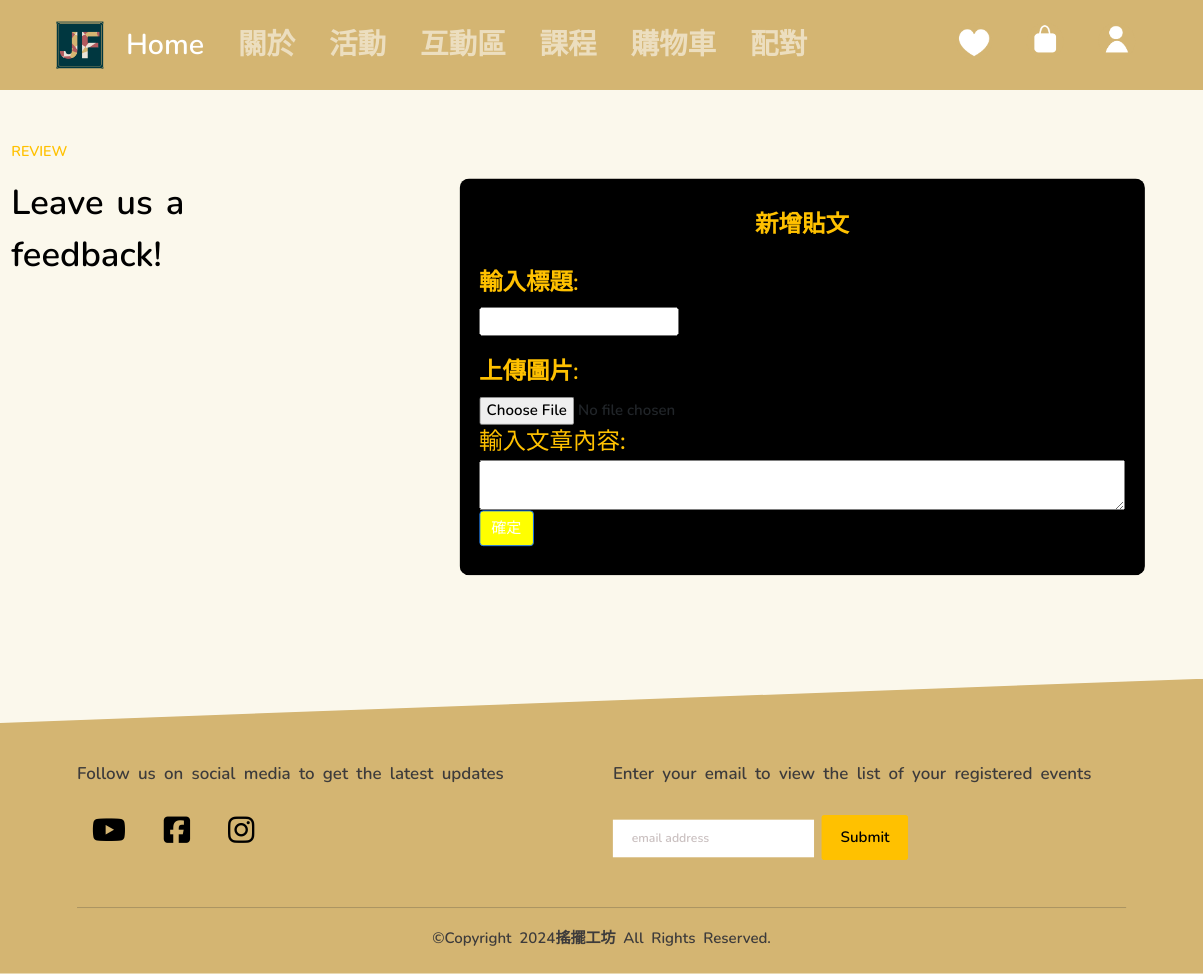
Repository: mmmooonnn0211/project
Page: workspace/demoSpringBoot-1/src/main/resources/static/html/LTInsertFront.html
An editor plug-in stored every save of this project. The page is shown before and after the next save, followed by the edit.
The browser window is 1280 px wide. The pictures show the whole page, at 94% of full size.
Some web libraries are served in a nearby version.

Above is the page before, as saved 2024-05-08 19:23:36.
Console error: SyntaxError: Unexpected identifier 'tsByName'

### workspace/demoSpringBoot-1/src/main/resources/static/html/LTInsertFront.html
<!DOCTYPE html>
<html lang="en">

<head>
	<meta charset="UTF-8">
	<meta name="viewport" content="width=device-width, initial-scale=1.0">
	<style>
		.main {
			min-height: 55vh;
			/* 让 .slant 至少占据整个视口高度 */

		}
	</style>
	<!-- Bootstrap CSS -->
	<link href="https://cdn.jsdelivr.net/npm/bootstrap@5.0.0-beta3/dist/css/bootstrap.min.css" rel="stylesheet"
		integrity="sha384-eOJMYsd53ii+scO/bJGFsiCZc+5NDVN2yr8+0RDqr0Ql0h+rP48ckxlpbzKgwra6" crossorigin="anonymous">
	<script src="https://kit.fontawesome.com/4287c80df9.js" crossorigin="anonymous"></script>

	<!--Google Font : Nunito-->
	<link rel="preconnect" href="https://fonts.gstatic.com">
	<link href="https://fonts.googleapis.com/css2?family=Nunito:wght@600&display=swap" rel="stylesheet">

	<!-- For style(All CSS content) -->
	<link rel="stylesheet" type="text/css" href="../styles/home.css" />
	<link rel="stylesheet" type="text/css" href="../styles/footer.css" />
	<link rel="stylesheet" type="text/css" href="../styles/navbar.css" />
	<link rel="icon" href="images/favicon.ico">

	<!-- JS Bundle for BS  -->
	<script src="https://cdn.jsdelivr.net/npm/popper.js@1.16.1/dist/umd/popper.min.js"
		integrity="sha384-9/reFTGAW83EW2RDu2S0VKaIzap3H66lZH81PoYlFhbGU+6BZp6G7niu735Sk7lN" crossorigin="anonymous">
		</script>
	<title>範本</title>
</head>


<body>



	</div>
	<!-- <section> -->
	<div class="main">
		<form method="post" action=" /LTinsertFront.controller" enctype="multipart/form-data"
			onsubmit="return validateForm();">
			<div class="container-fluid" style="margin-top: 150px;">
				<div class="row" style="margin-bottom: 100px; margin-top: 100px;">
					<div class="col-md-4" style="text-align: left;">
						<p class="review">REVIEW</p>
						<p class="feedback">Leave us a <br>feedback!</p>
					</div>
					<div class="col-sm-8">
						<div class="container" id="cards">
							<div class="card" style="margin: auto;">
								<div id="sugg" class="neon-yellow"
									style="font-weight: bold; font-size: 25px; text-align: center;">新增貼文
								</div>
								<br>
								<div id="text" class="neon-yellow" style=" font-size: 25px;">輸入標題:
								</div>
								<div style="height:50px; ">
									<input id="title" name="title" style="width: auto;" ; />
								</div>
								<div id="text" class="neon-yellow" style="font-weight: bold; font-size: 25px;">上傳圖片:
								</div>
								<input type="file" id="picture" name="picture" />

								<div id="picture" class="neon-yellow" style="font-size:25px; ">
									輸入文章內容:
								</div>
								<textarea id="content" name="content"></textarea>

								<div>
									<button type="submit" class="btn btn-primary"
										style="background-color:yellow">確定</button>
								</div>
							</div>
						</div>
					</div>
				</div>
			</div>
		</form>
		<div class="container text-center">

		</div>
	</div>



	<div align="center"></div>
	<div class="container">
	</div>
	<script>
		function validateForm() {
			var replypostInput = document.getElementsByName('replypost')[0].value.trim();
			var userIdInput = document.getElemen tsByName('userId')[0].value.trim();
			var LTIdInput = document.getElementsByName('LTId')[0].value.trim();

			if (replypostInput === '' || userIdInput === '' || LTIdInput === '') {
				Swal.fire({
					icon: 'warning',
					title: '請輸入完整資訊😒',
					showConfirmButton: false,
					timer: 1500
				});
				return false;
			}
			return true;
		}
	</script>

	<script>

		fetch('basic.html')
			.then(response => response.text())
			.then(html => {
				document.body.innerHTML += html;
			});

	</script>
	<script type="text/javascript" charset="utf8"
		src="https://cdn.datatables.net/1.11.5/js/jquery.dataTables.js"></script>
	<script src="https://cdn.jsdelivr.net/npm/bootstrap@5.0.0-beta3/dist/js/bootstrap.bundle.min.js"
		integrity="sha384-JEW9xMcG8R+pH31jmWH6WWP0WintQrMb4s7ZOdauHnUtxwoG2vI5DkLtS3qm9Ekf" crossorigin="anonymous">
		</script>

</body>

</html>

### workspace/demoSpringBoot-1/src/main/resources/static/styles/home.css
/* hiding vertical scroll bar from every page */
::-webkit-scrollbar {
  width: 0 !important
}




body {
  font-family: 'Nunito', sans-serif;
  background-color: #FBF8EC;
  word-spacing: 0.25rem;
}

::selection {
  color: black;
  background: #ffc100;
}

::placeholder {
  color: rgb(202, 192, 192);
}

.neon-yellow {
  color: #ffc100;
}

.working-heading {
  font-size: 2.3rem;
  font-weight: bold;
  color: black;
}


.date-style {
  font-weight: 850;
  padding: 0 0 0.3rem 0;
}

.sub-heading {
  font-size: 1.5rem;
  font-weight: 1000;
  padding: 0 0 0.3rem 0;
}

.small-subtext {
  color: black;
  font-weight: 700;
  font-size: 1rem;
}

.process-heading {
  font-weight: 1000;
  font-size: 0.95rem;
}

.eng,
.feedback,
.some {
  font-size: 2.3rem;
  font-weight: 1000;
  color: black;
}

.center-line {
  border-left: 0.58rem solid #ffc100;
  height: 110%;
  position: absolute;
  top: 0%;
  left: 0%;
}

.padding-for-mobile {
  padding: 0 1rem 2rem 4rem;
  text-align: left;
  /*background-color:  white;*/
}

.stickyy-corner {
  position: -webkit-sticky;
  position: sticky;
  top: 0;
}

.timeline-left-style {
  color: black;
  text-align: right;
  padding: 0 4rem 0 5.2rem;
}

.timeline-right-style {
  color: black;
  text-align: left;
  position: relative;
  padding: 0 5.2rem 0 4rem;
  overflow-y: hidden;
}

.d-block {
  margin-top: 2%;
  border-radius: 7px;
  border: 3px solid rgb(245, 241, 241);
  width: 100%;
}

.chess,
.review,
.event {
  color: #ffc100;
  font-weight: 850;
  font-size: 0.95rem;
}


#text {
  font-weight: 850;
  font-size: 0.75rem;
  margin-bottom: 7px;
}

#sugg {
  font-size: 1.5rem;
  font-weight: 1000;
}

#btn {
  background-color: #ffc100;
  color: rgb(0, 0, 0);
  padding: 10px 20px;
  text-align: center;
  border: none;
  border-radius: 3px;
  display: block;
  margin: auto;
  margin-top: 15px;
  font-weight: bold;
}


#box,
#msg {
  background-color: #DDDDDD;
  border-radius: 3.5px;
  border: none;
  margin-bottom: 12px;
  width: 100%;
}

#msg {
  height: 120px;
}

#box {
  height: 35px;
}

#spon {
  color: black;
  margin-top: 60px;
  display: flex;
  justify-content: space-evenly;
  align-items: center;
  font-weight: bold;
  margin-bottom: 20px;
}

.image {
  height: 100px;
}

.image3 {
  height: 250px;
  overflow-y: hidden;
}

.pic1,
.pic2 {
  font-weight: bold;
  font-size: medium;
}

.pic1 {
  margin-top: 20px;
}

.column {
  display: flex;
  flex-direction: column;
  justify-content: space-evenly;
  align-items: center;
}

.columns {
  display: flex;
  flex-direction: column;
  justify-content: center;
  align-items: flex-start;
}

.pic2 {
  color: gray;
  font-size: small;
}

.event,
.some,
.last,
.pic,
.pic1,
.pic2 {
  display: flex;
  justify-content: space-evenly;
  align-items: center;
}

.subhead {
  color: black;
  font-size: 3rem;
  overflow-y: hidden;
}

.active {
  color: #ffc100;
}

.active:hover {
  color: #ffc100;
}

p {
  color: black;
}

.title-img {
  width: 25%;
  margin-left: 8%;
  transform: rotate(10deg);
}

.hover {
  color: #ffc100;
}

.title-img3 {
  width: 25%;
  transform: rotate(-10deg);
}

.title-img2 {
  width: 35%;
  padding-right: 5%;
  padding-left: 5%;


}

.carousel-img-styles {
  border: 0.13rem solid black;
  border-radius: 1rem;
}

h1 {
  font-size: 5rem;
  line-height: 1.5;
  font-weight: 900;
}

#title {
  margin-bottom: 11rem;
}

.col-lg-3 {
  padding-left: 3rem;
}

.ex-btn {
  margin-top: 2.5rem;
  margin-bottom: 30px;
}

.carousel-container {
  width: 55%;
}

#cards {
  padding: 10px 50px;
}

.card {
  background-color: black;
  border-radius: 10px;
  /* display: block;
    margin: auto;
    font: 16px;
    width:55%; */
  padding: 30px 20px;

}

@media only screen and (max-width: 767px) {
  .small-subtext {
    font-size: 0.8rem;
  }

  .padding-for-mobile {
    padding: 0 0 4rem 2rem;
  }

  /*
  .sticky-corner {
    position: static;
  }
  */
  #cards {
    padding: 0px 20px;
  }


  .sub-heading {
    font-size: 1.3rem;
  }

  .process-heading {
    font-size: 0.85rem;
  }

  .working-heading {
    font-size: 1.5rem;
  }

  .timeline-left-style {
    padding: 0 2.5rem 0 3rem;
  }

  .timeline-right-style {
    padding: 0 3rem 0 2.5rem;
  }

  #spon {
    font-size: 1.5rem;
  }

  .some,
  .eng,
  .feedback {
    font-size: 1.5rem;
  }

  .card {
    width: 100%;
  }

  .pic {
    flex-direction: column;
  }

  .carousel-container {
    width: 85%;
  }
}

@media only screen and (max-width: 575px) {

  .title-img,
  .title-img3 {
    display: none;
  }

  .title-img2 {
    display: block;
    margin: auto;
    width: 100%;
    padding: 50px;
  }
}

@media only screen and (max-width: 375px) {


  .date-style {
    font-size: 0.8rem;
  }

  .sub-heading {
    font-size: 0.9rem;
  }

  .small-subtext {
    font-size: 0.7rem;
  }

  .timeline-left-style {
    padding: 0 1.6rem 0 2rem;
  }

  .timeline-right-style {
    padding: 0 2rem 0 2rem;
  }
}

### workspace/demoSpringBoot-1/src/main/resources/static/styles/footer.css
/*
hiding vertical scroll bar from every page
*/
::-webkit-scrollbar {
    width: 0 !important
}




.slant {
    /* width: 110%;
    background-color: #DDDDDD;
    transform: rotate(-3deg);
    height: 100px; */
    clip-path: polygon(0 15%, 100% 0, 100% 100%, 0 100%);
  }

  .container{
    margin-top: 30px;
  }

  .left, .right {
    font-size: large;
    font-weight: bold;
    margin-top: 50px;
    color: rgb(61, 59, 59);
    margin-bottom: 30px;
  }

  .below {
    background-color:#D4B572;
    position: relative;
    padding-top: 8px;
    padding-bottom: 6px;
    width: 100%;
    height: 100%;
  }

  #mail {
    border: none;
    height: 30px;
    padding: 20px;
    font-size: small;
    font-weight: bold;
  }

  #bttn {
    background-color: #ffc100;
    color: black;
    padding: 12px 20px;
    text-align: center;
    border: none;
    border-radius: 3px;
    font-weight: bold;
  }


  .fa-youtube:hover{
    color: rgb(230, 59, 59);
    transition: 0.5s;
  }

  .fa-twitter:hover, .fa-facebook-square:hover{
    color: rgba(18, 212, 212, 0.596);
    transition: 0.5s;
  }

  .fa-instagram:hover{
    color: rgb(218, 30, 61);
    transition: 0.5s;
  }

  .fa-github{
    color: rgb(43, 36, 36);
    transition: 0.5s;
  }

  .fab {
    padding: 0 1rem 0 1rem;
    font-size: 2rem;
    color: black;
  }

  .last {
    font-weight: 900;
    color: rgb(61, 59, 59);
    margin: 20px;
    display: flex;
  justify-content: space-evenly;
  align-items: center;
  }

  @media only screen and (max-width: 767px) {
    .slant{
      clip-path: polygon(0 5%, 100% 0, 100% 100%, 0 100%);
    }
  }

  @media only screen and (max-width: 375px) {
    .slant{
      clip-path: polygon(0 5%, 100% 0, 100% 100%, 0 100%);
    }
  }

### workspace/demoSpringBoot-1/src/main/resources/static/styles/navbar.css
/* 鼠標移動導覽列*/
.nav-item :hover {
  color: rgb(255, 128, 128);
  cursor: pointer;
  background-color: #B15A5E;
  border-radius: 10px;
}

.navbar a {
  color: #ff2600a2;
  border-radius: 10px;
}


.navbar {
  padding: 1rem 2rem;
  position: fixed;
  z-index: 100;
  width: 100%;
  margin: 0;
  top: 0;
  left: 0;
  background-color: #D4B572;
}

.nav-item {
  padding: 0 20px 0 0;
}

.nav-link {
  font-size: 1.9rem;
  font-weight: 900;

}


.dropdown-item,
.dropdown-menu {
  background-color: #B15A5E;
  color: #BF3F41;
  ;
  margin: 0;
}






.dropdown-menu a {
  color: white;
  ;
  text-decoration: none;
  display: block;
  text-align: left;
}

### workspace/demoSpringBoot-1/src/main/resources/static/html/basic.html
<!doctype html>
<html lang="en">

<head>
    <!-- Required meta tags -->
    <meta charset="utf-8">
    <meta name="viewport" content="width=device-width, initial-scale=1">




    <title>JFSwing</title>
</head>

<body>

    <!-- Shashank's Section -->
    <!-- <section class="title"> -->
    <!-- Navbar section -->
    <nav class="navbar navbar-expand-lg navbar-dark">
        <!-- <LOGO> -->
        <div class="container-fluid">
            <div width="50px" height="50px">
                <a class="m-3" href="index.html"> <img src="../images/LOGO.png" width="50px" height="50px"
                        alt="Eternals">
                </a>
                <button class="navbar-toggler" type="button" data-bs-toggle="collapse" data-bs-target="#navbarCollapse"
                    aria-controls="navbarCollapse" aria-expanded="false" aria-label="Toggle navigation">
                    <span class="navbar-toggler-icon"></span>
                </button>
            </div>
            <div class="collapse navbar-collapse" id="navbarCollapse">
                <ul class="navbar-nav ">
                    <li class="nav-item">
                        <a class="nav-link active" href="frontPage.html">Home </a>
                    </li>
                    <li class="nav-item">
                        <a class="nav-link" href="about.html">關於</a>
                    </li>
                    <li class="nav-item">
                        <a class="nav-link" href="EventAll.html">活動</a>
                    </li>
                    <li class="nav-item">
                        <a class="nav-link" href="/LTSelectAll2">互動區</a>
                    </li>
                    <li class="nav-item">
                        <a class="nav-link" href="contact.html">課程</a>
                    </li>
                    <li class="nav-item">
                        <a class="nav-link" href="">購物車</a>
                    </li>
                    <li class="nav-item">
                        <a class="nav-link" href="">配對</a>
                    </li>

                </ul>

            </div>

            <!-- <右上角的東西> -->
            <div class="navbar-nav justify-content-end">
                <ul class="navbar-nav">
                    <li class="nav-item">
                        <div class="m-2 rounded-circle overflow-hidden align-self-center ratio ratio-1x1"
                            style="width: 40px">
                            <img src="../images/LOVE.png" alt="" class="object-fit-cover w-100 h-100" />
                        </div>
                    </li>
                    <li class="nav-item">
                        <div class="m-2 rounded-circle overflow-hidden align-self-center ratio ratio-1x1"
                            style="width: 40px">
                            <img src="../images/SHOP.png" alt="" class="object-fit-cover w-100 h-100" />
                        </div>
                    </li>
                    <li class="nav-item">
                        <a href="#" target="_blank"
                            class="m-2 rounded-circle overflow-hidden align-self-center ratio ratio-1x1"
                            style="width: 40px; display: inline-block;">
                            <img src="../images/MAN.png" alt="Facebook" class="object-fit-cover w-100 h-100" />
                        </a>
                    </li>

                </ul>

            </div>
        </div>
    </nav>

    <!-- Title -->
    <!-- <中間> -->



    <!-- footer-->
    <div class="slant footer-content mt-auto">

        <footer class="below">
            <div class="container">
                <div class="row">
                    <div class="col-lg-6">
                        <p class="left">Follow us on social media to get the latest updates</p>
                        <a href="#"><i class="fab fa-youtube"></i></a>
                        <a href="https://www.facebook.com/apple.hi.77?mibextid=kFxxJD"><i
                                class="fab fa-facebook-square"></i></a>
                        <a href="#"><i class="fab fa-instagram"></i></a>

                    </div>
                    <div class="col-lg-6">
                        <p class="right">Enter your email to view the list of your registered events</p>
                        <input id="mail" placeholder="email address">
                        <span><button id="bttn">
                                Submit </button></span>
                    </div>
                </div>
                <hr style="margin-top: 50px;">
            </div>
            <div class="last">&copy;Copyright 2024搖擺工坊 All Rights Reserved.</div>
        </footer>

    </div>



</body>

</html>

After the next save:
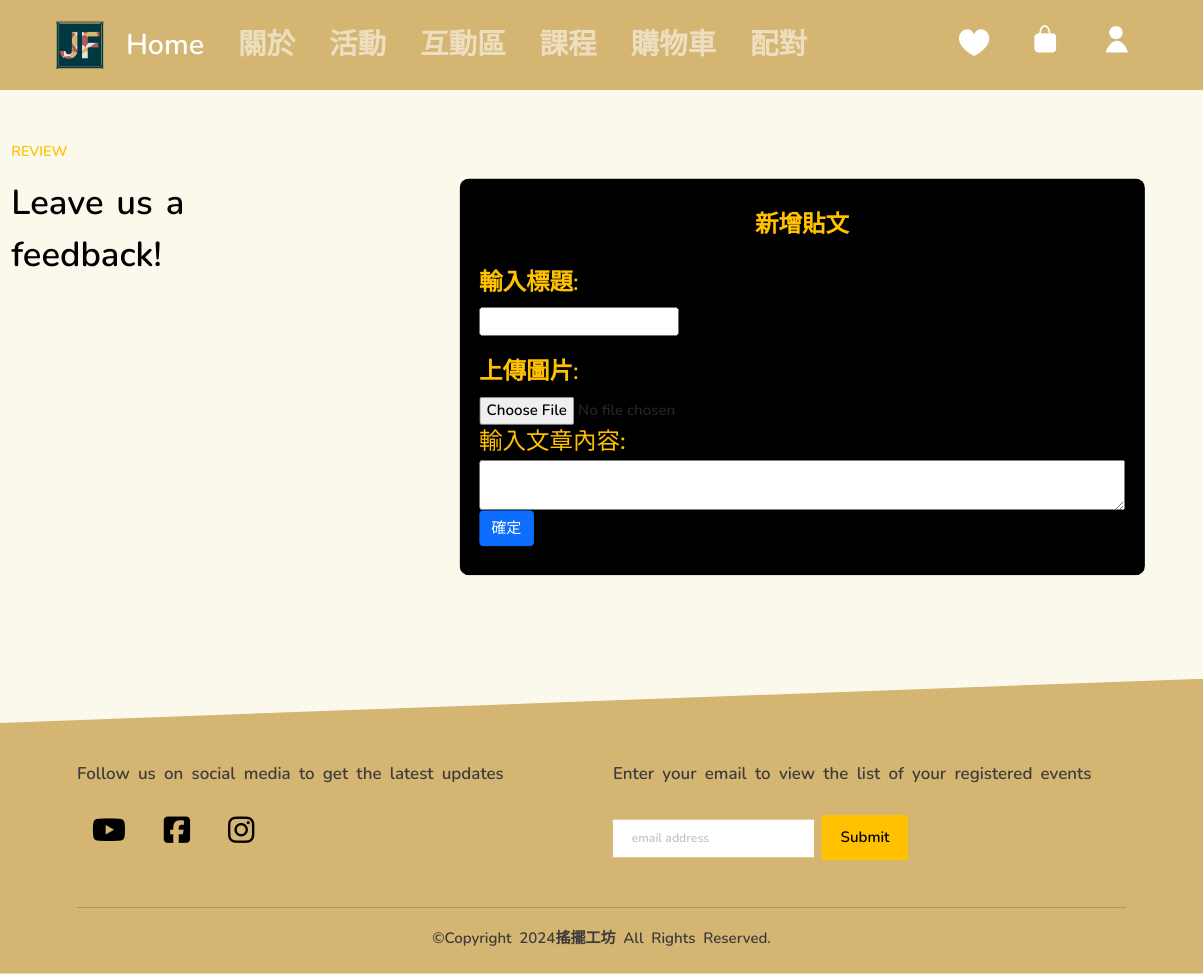
Saved 21 min 47 s later.
--- a/workspace/demoSpringBoot-1/src/main/resources/static/html/LTInsertFront.html
+++ b/workspace/demoSpringBoot-1/src/main/resources/static/html/LTInsertFront.html
@@ -72,7 +72,7 @@
 
 								<div>
 									<button type="submit" class="btn btn-primary"
-										style="background-color:yellow">確定</button>
+										style="background-color:neon-yellow">確定</button>
 								</div>
 							</div>
 						</div>
